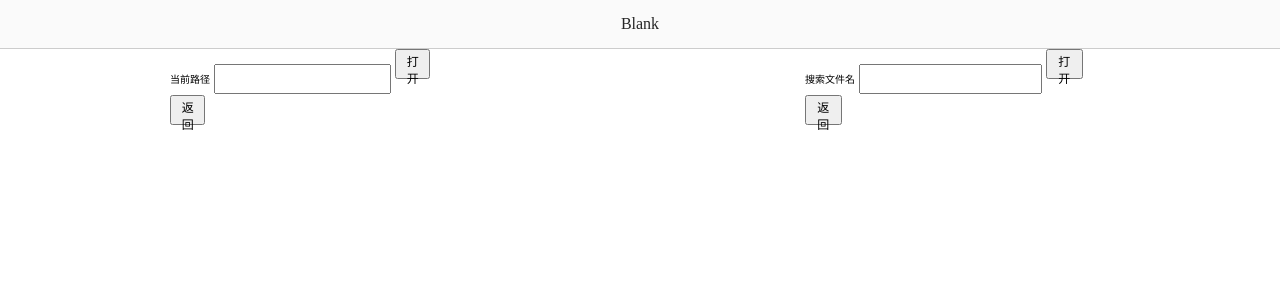
Repository: andycj7/-
Page: JS插件开发/filesystem/index.html
These files come from the project's save history. The page is drawn as it stood at one moment and after the next save; the edit follows.
The browser window is 1280 px wide. The pictures show the whole page.

Above is the page before, as saved 2020-07-21 07:39:34.
Console error (its wording comes from the project's code and is left out).

After the next save:
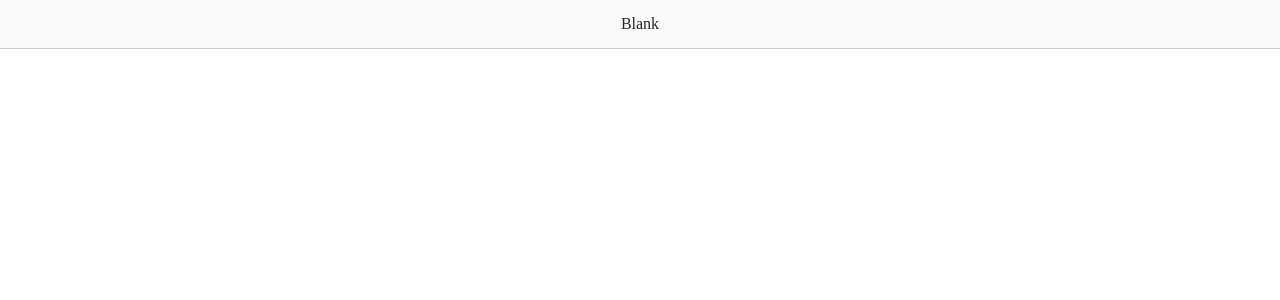
Saved 13 s later.
--- a/JS插件开发/filesystem/index.html
+++ b/JS插件开发/filesystem/index.html
@@ -13,18 +13,9 @@
 	<div class="line"></div>
 	<div class="div-parent">
 		<div class="div-control">
-			<div class = "div-control-1">
-				<label class="label">当前路径</label> <input class="input-path" id="input_path"></input>
-				<button class="button" onclick="init()">打开</button>
-				<button class="button" onclick="back()">返回</button>
-			</div>
-			<div class = "div-control-2">
-				<label class="label">搜索文件名</label> <input class="input-path" id="input_path"></input>
-				<button class="button" onclick="init()">打开</button>
-				<button class="button" onclick="back()">返回</button>
-			</div>
+
 		</div>
-		<div id="div_child_2" class="div-child-2">
+		<div id="div_display" class="div-child-2">
 		</div>
 	</div>
 </body>
